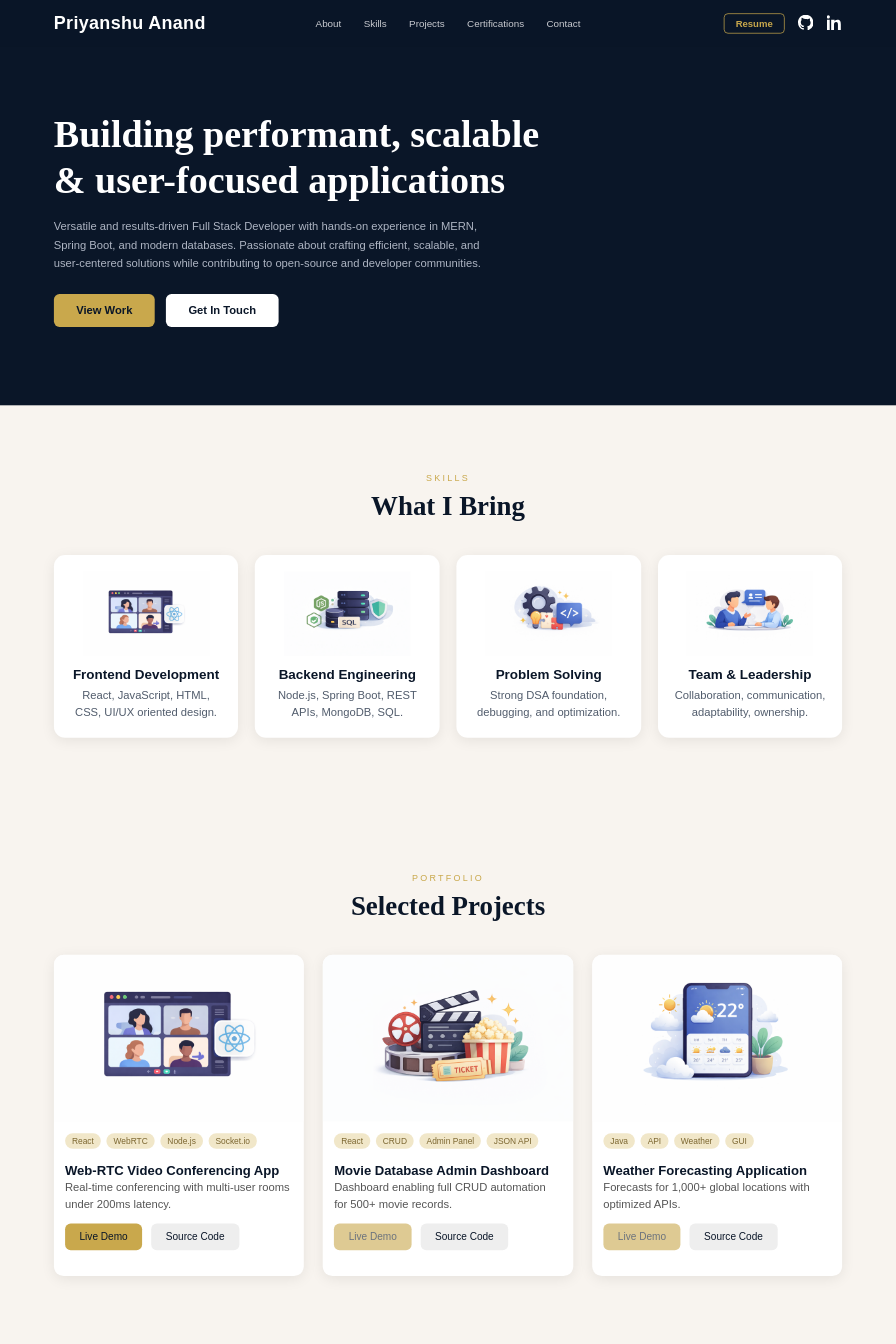
Repository: priyanshuanand12022/My-Portfolio
Page: /
An editor plug-in stored every save of this project. The page is shown before and after a run of saves, followed by the edit.
The browser window is 1280 px wide. The pictures show the part of the page from y = 0 to 1920 px (the page is 3426 px tall), at 70% of full size.
The project was rebuilt for these pictures with package versions that can differ from the ones it lists, and the page was loaded fresh each time. Also part of the build but not shown: vite.config.js.

Above is the page before, as saved 2026-02-28 22:49:16.

### index.html
<!doctype html>
<html lang="en">
  <head>
    <meta charset="UTF-8" />
    <link rel="icon" href="/favicon.png" type="image/png" sizes="32x32" />
    <link rel="apple-touch-icon" href="/favicon.png" />
    <meta name="viewport" content="width=device-width, initial-scale=1.0" />
    <title>Portfolio</title>
  </head>
  <body>
    <div id="root"></div>
    <script type="module" src="/src/main.jsx"></script>
  </body>
</html>

### src/main.jsx
import React from "react";
import ReactDOM from "react-dom/client";
import Portfolio from "./Portfolio.jsx";

ReactDOM.createRoot(document.getElementById("root")).render(
  <React.StrictMode>
    <Portfolio />
  </React.StrictMode>
);

### src/Portfolio.jsx
import { useState } from "react";
import "./Portfolio.css";
import emailjs from "emailjs-com";

// Images
import webrtcImg from "./assets/webrtc.png";
import movieImg from "./assets/movie.png";
import weatherImg from "./assets/weather.png";
import backendImg from "./assets/backend.png";
import problemImg from "./assets/problem.png";
import teamImg from "./assets/team.png";
import frontendImg from "./assets/frontend-dev.png";

export default function Portfolio() {
  const [submitted, setSubmitted] = useState(false);
  const [formData, setFormData] = useState({
    name: "",
    email: "",
    subject: "",
    message: "",
  });

  const handleSubmit = (e) => {
    e.preventDefault();

    emailjs
      .send(
        "service_lk6jd4n",
        "template_el7uc7k",
        {
          name: formData.name,
          email: formData.email,
          subject: formData.subject,
          message: formData.message,
        },
        "nVCyFrHKLSf0xcnOJ"
      )
      .then(() => {
        setSubmitted(true);
      })
      .catch((err) => {
        console.log("Email send error:", err);
        alert("Something went wrong!");
      });
  };

  const handleChange = (e) =>
    setFormData((prev) => ({ ...prev, [e.target.name]: e.target.value }));

  return (
    <div className="portfolio">

      {/* ================= NAVBAR ================= */}
      <nav className="nav">
  {/* Left */}
  <div className="nav-logo">Priyanshu Anand</div>

  {/* Center */}
  <ul className="nav-center">
    <li><a href="#about">About</a></li>
    <li><a href="#skills">Skills</a></li>
    <li><a href="#projects">Projects</a></li>
    <li><a href="#certifications">Certifications</a></li>
    <li><a href="#contact">Contact</a></li>
  </ul>

  {/* Right */}
  <div className="nav-right">

    {/* Resume Button */}
    <a
      href="/resume.pdf"
      className="resume-btn"
      target="_blank"
      rel="noopener noreferrer"
    >
      Resume
    </a>

    <a href="https://github.com/priyanshuanand12022" target="_blank">
      <img className="icon" src="/github.svg" alt="GitHub" />
    </a>

    <a href="https://www.linkedin.com/in/priyanshu-anand-213315353" target="_blank">
      <img className="icon" src="/linkedin.svg" alt="LinkedIn" />
    </a>
  </div>
</nav>

      {/* ================= HERO ================= */}
      <section id="about" className="hero">
        <h1>Building performant, scalable & user-focused applications</h1>

        <p className="hero-desc">
          Versatile and results-driven Full Stack Developer with hands-on
          experience in MERN, Spring Boot, and modern databases. Passionate
          about crafting efficient, scalable, and user-centered solutions
          while contributing to open-source and developer communities.
        </p>

        <div className="hero-buttons">
          <a href="#projects" className="btn-primary">View Work</a>
          <a href="#contact" className="btn-secondary">Get In Touch</a>
        </div>
      </section>

      {/* ================= SKILLS ================= */}
      <section id="skills" className="skills">
        <div className="section-tag">SKILLS</div>
        <h2 className="section-title">What I Bring</h2>

        <div className="skills-grid">

          <div className="skill-card">
            <img src={webrtcImg} alt="Frontend" className="skill-img" />
            <h3>Frontend Development</h3>
            <p>React, JavaScript, HTML, CSS, UI/UX oriented design.</p>
          </div>

          <div className="skill-card">
            <img src={backendImg} alt="Backend" className="skill-img" />
            <h3>Backend Engineering</h3>
            <p>Node.js, Spring Boot, REST APIs, MongoDB, SQL.</p>
          </div>

          <div className="skill-card">
            <img src={problemImg} alt="Problem Solving" className="skill-img" />
            <h3>Problem Solving</h3>
            <p>Strong DSA foundation, debugging, and optimization.</p>
          </div>

          <div className="skill-card">
            <img src={teamImg} alt="Team" className="skill-img" />
            <h3>Team & Leadership</h3>
            <p>Collaboration, communication, adaptability, ownership.</p>
          </div>

        </div>
      </section>

      {/* ================= PROJECTS ================= */}
      <section id="projects" className="projects">
        <div className="section-tag">PORTFOLIO</div>
        <h2 className="section-title">Selected Projects</h2>

        <div className="projects-grid">

          {/* WEBRTC */}
          <div className="project-card">
            <img src={webrtcImg} className="project-img" alt="WebRTC" />
            <div className="project-tags">
              <span>React</span>
              <span>WebRTC</span>
              <span>Node.js</span>
              <span>Socket.io</span>
            </div>
            <h3>Web-RTC Video Conferencing App</h3>
            <p>Real-time conferencing with multi-user rooms under 200ms latency.</p>

            <div className="project-buttons">
              <a href="https://webrtc-conference-app2.netlify.app" className="btn-live">Live Demo</a>
              <a href="https://github.com/priyanshuanand12022/webrtc-full-app.git" className="btn-code">Source Code</a>
            </div>
          </div>

          {/* MOVIE DASHBOARD */}
          <div className="project-card">
            <img src={movieImg} className="project-img" alt="Movie Dashboard" />
            <div className="project-tags">
              <span>React</span>
              <span>CRUD</span>
              <span>Admin Panel</span>
              <span>JSON API</span>
            </div>
            <h3>Movie Database Admin Dashboard</h3>
            <p>Dashboard enabling full CRUD automation for 500+ movie records.</p>

            <div className="project-buttons">
              <a className="btn-live disabled">Live Demo</a>
              <a href="https://github.com/priyanshuanand12022/DBMS-Movie-Ticket-Booking-System.git" className="btn-code">Source Code</a>
            </div>
          </div>

          {/* WEATHER APP */}
          <div className="project-card">
            <img src={weatherImg} className="project-img" alt="Weather App" />
            <div className="project-tags">
              <span>Java</span>
              <span>API</span>
              <span>Weather</span>
              <span>GUI</span>
            </div>
            <h3>Weather Forecasting Application</h3>
            <p>Forecasts for 1,000+ global locations with optimized APIs.</p>

            <div className="project-buttons">
              <a className="btn-live disabled">Live Demo</a>
              <a href="https://github.com/priyanshuanand12022/JAVA-WEATHER-APPLICATION-PROJECT.git" className="btn-code">Source Code</a>
            </div>
          </div>

        </div>
      </section>

      {/* ================= CERTIFICATIONS ================= */}
<section id="certifications" className="skills">
  <div className="section-tag">CERTIFICATIONS</div>
  <h2 className="section-title">My Certifications</h2>

  <div className="skills-grid">

    <div
      className="skill-card"
      onClick={() => window.open("/certificates/cert1.pdf", "_blank")}
      style={{ cursor: "pointer" }}
    >
      <img src="/cert-images/spring-angular.png" className="skill-img" />
      <h3>Spring and Angular Full Stack Developer</h3>
      <p>Issued by Infosys Springboard</p>
    </div>

    <div
      className="skill-card"
      onClick={() => window.open("/certificates/cert2.pdf", "_blank")}
      style={{ cursor: "pointer" }}
    >
      <img src="/cert-images/ibm-sql-python.png" className="skill-img" />
      <h3>Databases and SQL for Data Science with Python</h3>
      <p>Issued by IBM</p>
    </div>

    <div
      className="skill-card"
      onClick={() => window.open("/certificates/cert3.pdf", "_blank")}
      style={{ cursor: "pointer" }}
    >
      <img src="/cert-images/data-structures.png" className="skill-img" />
      <h3>Data Structures</h3>
      <p>Issued by UC San Diego Higher School of Economics</p>
    </div>

    <div
      className="skill-card"
      onClick={() => window.open("/certificates/cert4.pdf", "_blank")}
      style={{ cursor: "pointer" }}
    >
      <img src="/cert-images/azure-computer-vision.png" className="skill-img" />
      <h3>Build a computer vision app with Azure Cognitive Services</h3>
      <p>Issued by Microsoft</p>
    </div>

  </div>
</section>

      {/* ================= CONTACT ================= */}
      <section id="contact" className="contact">
        <div className="section-tag light">CONTACT</div>
        <h2 className="section-title light">Let's Connect</h2>

        <p className="contact-desc">
          Have a project or collaboration in mind? Feel free to reach out.
        </p>

        {submitted ? (
          <div className="thankyou">
            Thank you! I’ll get back to you soon.
          </div>
        ) : (
          <form className="contact-form" onSubmit={handleSubmit}>
            <input name="name" placeholder="Your Name" required onChange={handleChange} />
            <input name="email" type="email" placeholder="Email" required onChange={handleChange} />
            <input name="subject" placeholder="Subject" onChange={handleChange} />
            <textarea name="message" placeholder="Message" required onChange={handleChange} />
            <button className="btn-primary submit-btn">Send Message</button>
          </form>
        )}
      </section>

      {/* ================= FOOTER ================= */}
      <footer className="footer">
        © 2026 <span>Priyanshu Anand</span> — All Rights Reserved.
      </footer>

    </div>
  );
}

### src/Portfolio.css
/* GLOBAL */
* {
  margin: 0;
  padding: 0;
  box-sizing: border-box;
}

body {
  font-family: "DM Sans", sans-serif;
  background: #f8f4ef;
  color: #0a1628;
}

.portfolio {
  width: 100%;
  overflow-x: hidden;
}

/* ================= NAV ================= */
.nav {
  display: flex;
  justify-content: space-between;
  align-items: center;
  padding: 1.1rem 6%;
  position: fixed;
  top: 0;
  width: 100%;
  background: rgba(10, 22, 40, 0.95);
  backdrop-filter: blur(10px);
  z-index: 2000;
}

.nav-logo {
  color: white;
  font-weight: 700;
  font-size: 1.6rem;
  letter-spacing: 0.5px;
}

.nav {
  display: flex;
  justify-content: space-between;   /* keeps left, center, right separated */
  align-items: center;
  padding: 1.2rem 6%;
  position: fixed;
  top: 0;
  width: 100%;
  background: rgba(10, 22, 40, 0.92);
  backdrop-filter: blur(10px);
  z-index: 200;
}

/* Center nav links */
.nav-center {
  position: absolute;
  left: 50%;
  transform: translateX(-50%);   /* centers exactly */
  display: flex;
  gap: 2rem;
  list-style: none;
}

.nav-center a {
  color: #c9cbd1;
  text-decoration: none;
  font-size: 0.88rem;
}

.resume-btn {
  border: 1px solid #c9a84c;
  background: transparent;
  color: #c9a84c;
  padding: 6px 16px;
  border-radius: 6px;
  text-decoration: none;
  font-size: 0.85rem;
  font-weight: 600;
  transition: 0.2s ease;
}

.resume-btn:hover {
  background: #c9a84c;
  color: #0a1628;
}

.nav-center a:hover {
  color: #e8c97a;
}

/* Right social icons */
.nav-right {
  display: flex;
  gap: 1.2rem;
  align-items: center;
}

.nav-logo span {
  color: #c9a84c;
}

/* Nav links */
.nav-links {
  display: flex;
  gap: 2rem;
  list-style: none;
}

.nav-links a {
  color: #c9cbd1;
  text-decoration: none;
  font-size: 0.88rem;
  transition: 0.2s ease;
}

.nav-links a:hover {
  color: #e8c97a;
}

/* Social Icons Right Side */
.nav-social {
  display: flex;
  align-items: center;
  gap: 1rem;
}

.nav-social .icon {
  width: 22px;
  height: 22px;
  filter: brightness(0) invert(1); /* white icons */
  opacity: 0.85;
  transition: 0.2s;
}

.nav-social .icon:hover {
  opacity: 1;
  transform: scale(1.15);
}

/* ================= HERO ================= */
.hero {
  background: #0a1628;
  color: white;
  padding: 10rem 6% 7rem;
}

.hero h1 {
  font-family: "Playfair Display", serif;
  font-size: 3.4rem;
  max-width: 750px;
  line-height: 1.2;
}

.hero-desc {
  margin-top: 1.3rem;
  color: #aeb5c3;
  max-width: 620px;
  line-height: 1.6;
}

.hero-buttons {
  margin-top: 2rem;
  display: flex;
  gap: 1rem;
}

.btn-primary {
  background: #c9a84c;
  color: #0a1628;
  padding: 0.9rem 2rem;
  border-radius: 8px;
  text-decoration: none;
  font-weight: 600;
}

.btn-secondary {
  background: white;
  color: #0a1628;
  padding: 0.9rem 2rem;
  border-radius: 8px;
  text-decoration: none;
  font-weight: 600;
}

/* ================= SECTION HEADERS ================= */
.section-tag {
  text-align: center;
  letter-spacing: 0.25em;
  color: #c9a84c;
  font-size: 0.8rem;
}

.section-title {
  text-align: center;
  font-family: "Playfair Display", serif;
  font-size: 2.4rem;
  margin: 0.7rem 0 3rem;
}

/* ================= SKILLS ================= */
.skills {
  padding: 6rem 6%;
}

.skills-grid {
  display: grid;
  grid-template-columns: repeat(auto-fit, minmax(260px, 1fr));
  gap: 1.5rem;
}

.skill-card {
  background: white;
  padding: 1.5rem;
  border-radius: 16px;
  text-align: center;
  min-height: 260px;
  box-shadow: 0 4px 20px rgba(0, 0, 0, 0.08);
}

.skill-img {
  width: 180px;
  margin: 0 auto 1rem;
  display: block;
}

.skill-card h3 {
  font-size: 1.2rem;
  margin-bottom: 0.4rem;
}

.skill-card p {
  color: #515c6c;
  line-height: 1.5;
}

/* ================= PROJECTS ================= */
.projects {
  padding: 6rem 6%;
}

.projects-grid {
  display: grid;
  grid-template-columns: repeat(auto-fit, minmax(290px, 1fr));
  gap: 1.7rem;
}

.project-card {
  background: white;
  border-radius: 14px;
  padding-bottom: 1.3rem;
  box-shadow: 0 4px 20px rgba(0, 0, 0, 0.08);
}

.project-img {
  width: 100%;
  border-radius: 14px 14px 0 0;
}

.project-tags {
  display: flex;
  gap: 8px;
  flex-wrap: wrap;
  padding: 0.8rem 1rem;
}

.project-tags span {
  background: #f1e7c9;
  color: #7b6630;
  padding: 4px 10px;
  border-radius: 20px;
  font-size: 0.75rem;
}

.project-card h3 {
  padding: 0 1rem;
  margin-top: 0.5rem;
}

.project-card p {
  padding: 0 1rem;
  color: #555;
  line-height: 1.5;
}

.project-buttons {
  padding: 1rem;
  display: flex;
  gap: 0.8rem;
}

.btn-live {
  background: #c9a84c;
  color: #0a1628;
  padding: 0.7rem 1.3rem;
  border-radius: 8px;
  font-size: 0.9rem;
  text-decoration: none;
}

.btn-code {
  background: #eee;
  color: #0a1628;
  padding: 0.7rem 1.3rem;
  border-radius: 8px;
  font-size: 0.9rem;
  text-decoration: none;
}

.disabled {
  opacity: 0.6;
  pointer-events: none;
}

/* ================= CONTACT ================= */
.contact {
  background: #0a1628;
  color: white;
  padding: 6rem 6%;
  margin-top: 4rem;
  text-align: center;
}

.section-title.light {
  color: white;
}

.contact-desc {
  margin-top: 1rem;
  color: #b7c0cf;
  font-size: 1.05rem;
}

.contact-form {
  margin-top: 2.5rem;
  max-width: 450px;
  margin-left: auto;
  margin-right: auto;
  display: flex;
  flex-direction: column;
  gap: 1rem;
}

.contact-form input,
.contact-form textarea {
  padding: 0.9rem 1rem;
  background: #102039;
  border-radius: 8px;
  border: 1px solid #21324d;
  color: white;
}

.submit-btn {
  margin-top: 0.5rem;
  align-self: center;
}

/* ================= FOOTER ================= */
.footer {
  text-align: center;
  padding: 1.8rem 0;
  background: #0a1628;
  color: #c2cad6;
}

.footer span {
  color: #e6c878;
}

After the next 3 saves:
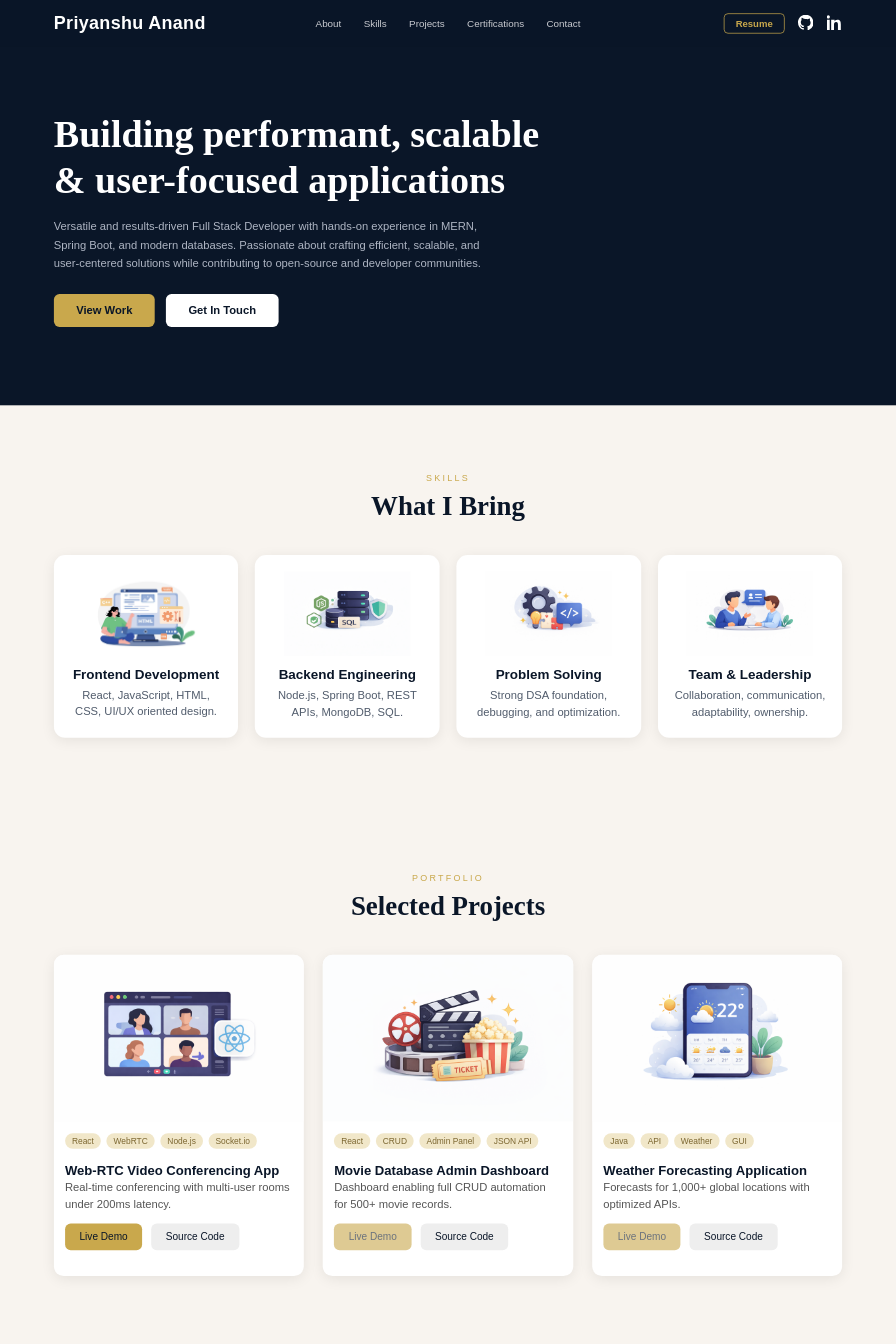
The 3 saves are shown as one change because 1 did not build or start and some came seconds apart.
The last was saved 41 s later.
--- a/src/Portfolio.jsx
+++ b/src/Portfolio.jsx
@@ -112,7 +112,7 @@ export default function Portfolio() {
         <div className="skills-grid">
 
           <div className="skill-card">
-            <img src={webrtcImg} alt="Frontend" className="skill-img" />
+            <img src={frontendImg} alt="Frontend" className="skill-img" />
             <h3>Frontend Development</h3>
             <p>React, JavaScript, HTML, CSS, UI/UX oriented design.</p>
           </div>
